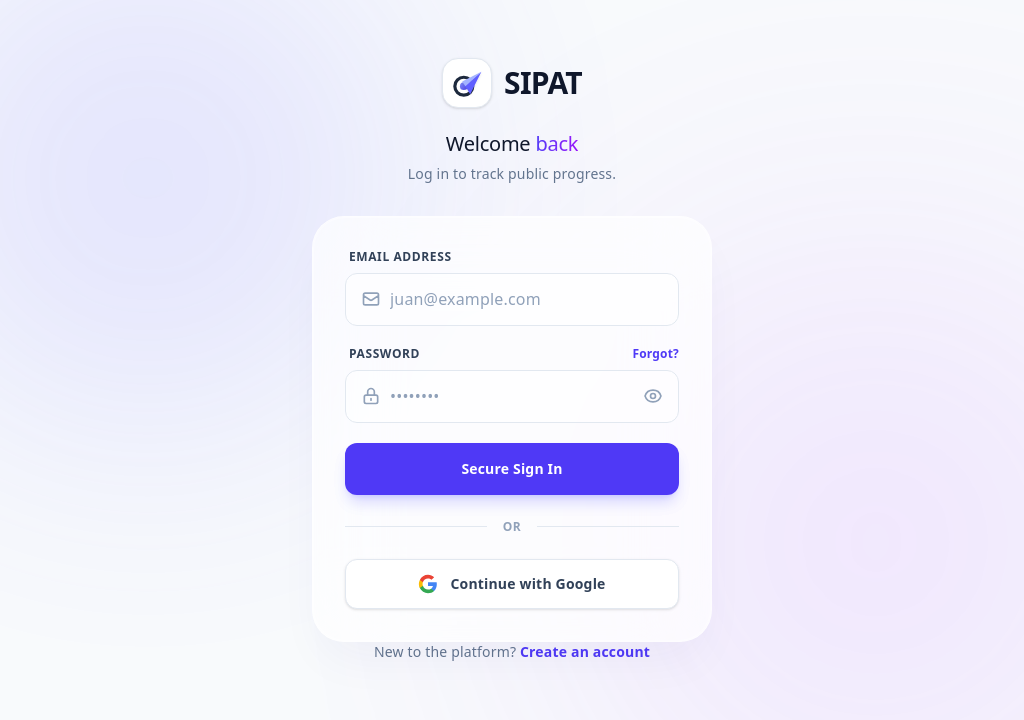
Repository: zneright/LiteOps-Sipatv2
Page: / (app in sipat-frontend/)
The author's editor kept a copy of each file at every save. The page is drawn from the files as they stood at one save, then again after the next save.
The browser window is 1024 px wide. The pictures show the whole page.
The project was rebuilt for these pictures with package versions that can differ from the ones it lists, and the page was loaded fresh each time. Also part of the build but not shown: sipat-frontend/vite.config.ts, sipat-frontend/src/components/layout/citizenlayout/Navbar.tsx, sipat-frontend/src/components/layout/citizenlayout/Sidebar.tsx, sipat-frontend/src/components/layout/citizenlayout/Footer.tsx, sipat-frontend/src/components/layout/citizenlayout/CitizenLayout.tsx, sipat-frontend/src/pages/citizen/Categories.tsx, sipat-frontend/src/pages/citizen/Saved.tsx, sipat-frontend/src/pages/citizen/Profile.tsx and 15 more.

Above is the page before, as saved 2026-05-06 01:35:22.

After the next save:
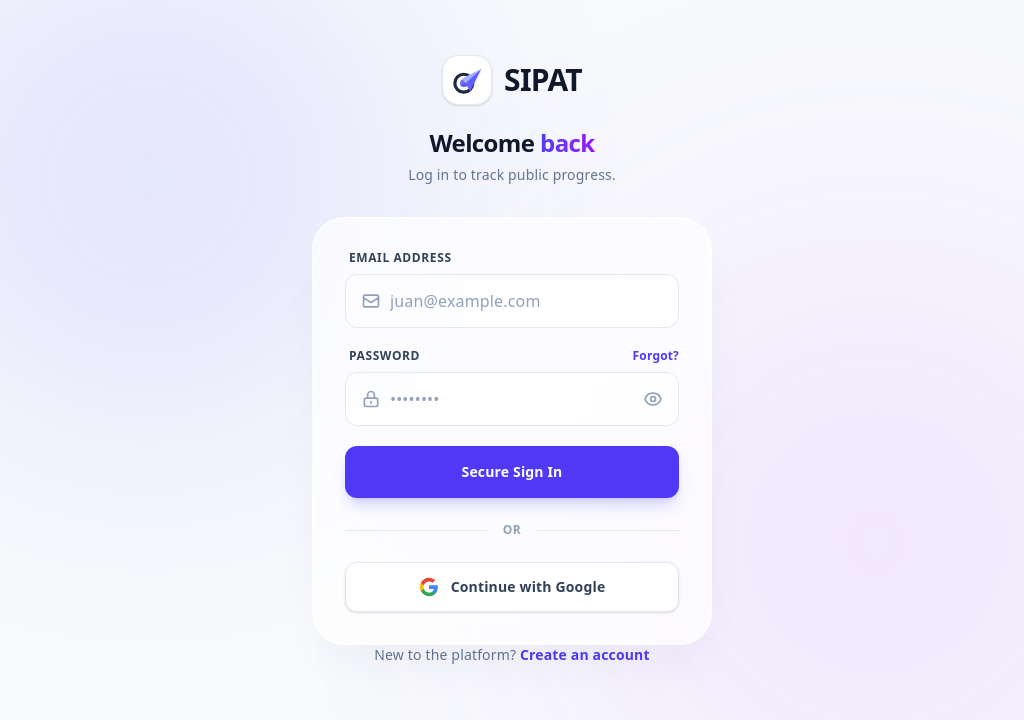
Saved 70 s later.
--- a/sipat-frontend/src/index.css
+++ b/sipat-frontend/src/index.css
@@ -1,89 +1,98 @@
 @import "tailwindcss";
 @custom-variant dark (&:is(.dark *));
 
+/* =========================================
+   LIGHT MODE VARIABLES (Default)
+========================================= */
 :root {
-  --text: #6b6375;
-  --text-h: #08060d;
-  --bg: #fff;
-  --border: #e5e4e7;
-  --code-bg: #f4f3ec;
-  --accent: #aa3bff;
-  --accent-bg: rgba(170, 59, 255, 0.1);
-  --accent-border: rgba(170, 59, 255, 0.5);
-  --social-bg: rgba(244, 243, 236, 0.5);
-  --shadow:
-    rgba(0, 0, 0, 0.1) 0 10px 15px -3px, rgba(0, 0, 0, 0.05) 0 4px 6px -2px;
+  --text: #475569;
+  /* Slate 600 - Darker for better reading */
+  --text-h: #0f172a;
+  /* Slate 900 - Almost black for headings */
+  --bg: #f8fafc;
+  /* Slate 50 - Off white background */
+  --border: #e2e8f0;
+  /* Slate 200 */
+  --code-bg: #f1f5f9;
+  --accent: #4f46e5;
+  /* Indigo 600 */
+  --accent-bg: rgba(79, 70, 229, 0.1);
+  --accent-border: rgba(79, 70, 229, 0.5);
+  --social-bg: rgba(241, 245, 249, 0.5);
+  --shadow: rgba(0, 0, 0, 0.1) 0 10px 15px -3px, rgba(0, 0, 0, 0.05) 0 4px 6px -2px;
 
   --sans: system-ui, 'Segoe UI', Roboto, sans-serif;
   --heading: system-ui, 'Segoe UI', Roboto, sans-serif;
   --mono: ui-monospace, Consolas, monospace;
 
-  font: 18px/145% var(--sans);
-  letter-spacing: 0.18px;
-  color-scheme: light dark;
-  color: var(--text);
-  background: var(--bg);
+  font: 16px/1.5 var(--sans);
+  letter-spacing: 0.01em;
+  color-scheme: light;
   font-synthesis: none;
   text-rendering: optimizeLegibility;
   -webkit-font-smoothing: antialiased;
   -moz-osx-font-smoothing: grayscale;
-
-  @media (max-width: 1024px) {
-    font-size: 16px;
-  }
 }
 
-@media (prefers-color-scheme: dark) {
-  :root {
-    --text: #9ca3af;
-    --text-h: #f3f4f6;
-    --bg: #16171d;
-    --border: #2e303a;
-    --code-bg: #1f2028;
-    --accent: #c084fc;
-    --accent-bg: rgba(192, 132, 252, 0.15);
-    --accent-border: rgba(192, 132, 252, 0.5);
-    --social-bg: rgba(47, 48, 58, 0.5);
-    --shadow:
-      rgba(0, 0, 0, 0.4) 0 10px 15px -3px, rgba(0, 0, 0, 0.25) 0 4px 6px -2px;
-  }
+/* =========================================
+   DARK MODE VARIABLES (Triggered by class)
+========================================= */
+/* 🚀 THE FIX: Use .dark instead of @media prefers-color-scheme */
+.dark {
+  --text: #94a3b8;
+  /* Slate 400 */
+  --text-h: #f8fafc;
+  /* Slate 50 - Pure white for headings */
+  --bg: #020617;
+  /* Slate 950 - Deep dark background */
+  --border: #1e293b;
+  /* Slate 800 */
+  --code-bg: #0f172a;
+  --accent: #818cf8;
+  /* Indigo 400 */
+  --accent-bg: rgba(129, 140, 248, 0.15);
+  --accent-border: rgba(129, 140, 248, 0.5);
+  --social-bg: rgba(15, 23, 42, 0.5);
+  --shadow: rgba(0, 0, 0, 0.4) 0 10px 15px -3px, rgba(0, 0, 0, 0.25) 0 4px 6px -2px;
 
-  #social .button-icon {
-    filter: invert(1) brightness(2);
-  }
+  color-scheme: dark;
 }
 
-
-
+/* =========================================
+   GLOBAL HTML ELEMENTS
+========================================= */
 body {
   margin: 0;
+  color: var(--text);
+  background-color: var(--bg);
+  /* 🚀 Smoothly transitions background colors when clicking the moon/sun icon */
+  transition: background-color 0.3s ease, color 0.3s ease;
 }
 
 h1,
-h2 {
+h2,
+h3,
+h4,
+h5,
+h6 {
   font-family: var(--heading);
-  font-weight: 500;
+  font-weight: 800;
+  /* Extra bold for headings */
   color: var(--text-h);
+  margin-top: 0;
 }
 
 h1 {
-  font-size: 56px;
-  letter-spacing: -1.68px;
-  margin: 32px 0;
-  @media (max-width: 1024px) {
-    font-size: 36px;
-    margin: 20px 0;
-  }
+  font-size: 3rem;
+  line-height: 1.1;
+  letter-spacing: -0.02em;
 }
+
 h2 {
-  font-size: 24px;
-  line-height: 118%;
-  letter-spacing: -0.24px;
-  margin: 0 0 8px;
-  @media (max-width: 1024px) {
-    font-size: 20px;
-  }
+  font-size: 1.5rem;
+  line-height: 1.2;
 }
+
 p {
   margin: 0;
 }
@@ -92,13 +101,17 @@ code,
 .counter {
   font-family: var(--mono);
   display: inline-flex;
-  border-radius: 4px;
+  border-radius: 6px;
   color: var(--text-h);
 }
 
 code {
-  font-size: 15px;
-  line-height: 135%;
+  font-size: 0.875rem;
   padding: 4px 8px;
   background: var(--code-bg);
 }
+
+/* Fix social icons inversion in dark mode */
+.dark #social .button-icon {
+  filter: invert(1) brightness(2);
+}
